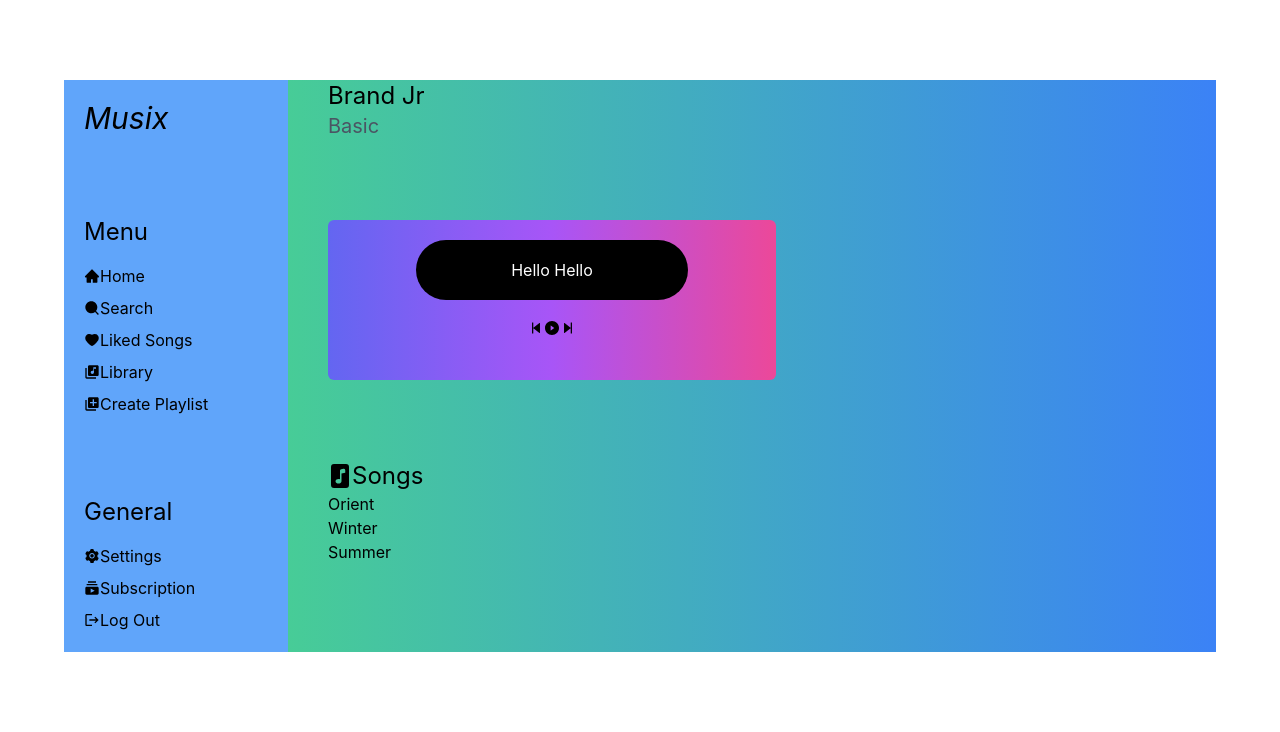
Repository: brandford7/music-player
Page: /
An editor plug-in stored every save of this project. The page is shown before and after the next save, followed by the edit.
The browser window is 1280 px wide. The pictures show the whole page.
The project was rebuilt for these pictures with package versions that can differ from the ones it lists, and the page was loaded fresh each time. The framework's server and built-in components were replaced by stand-ins that run in the browser. Also part of the build but not shown: next.config.js.

Above is the page before, as saved 2022-11-18 12:53:55.

After the next save:
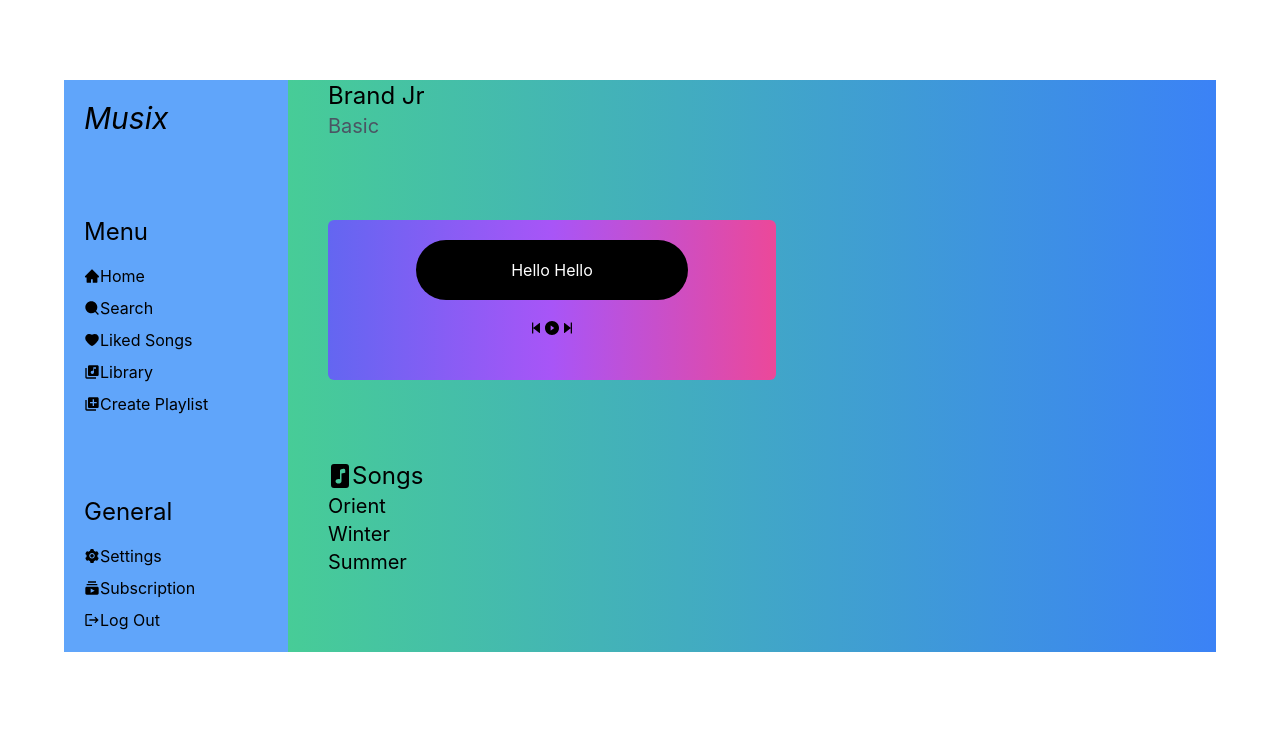
Saved 15 s later.
--- a/components/SongList.jsx
+++ b/components/SongList.jsx
@@ -9,7 +9,7 @@ const SongList = () => {
         Songs
       </h1>
       <section>
-        <ul className="flex flex-col">
+        <ul className="flex flex-col text-xl">
           <li>Orient</li>
           <li>Winter</li>
           <li>Summer</li>
